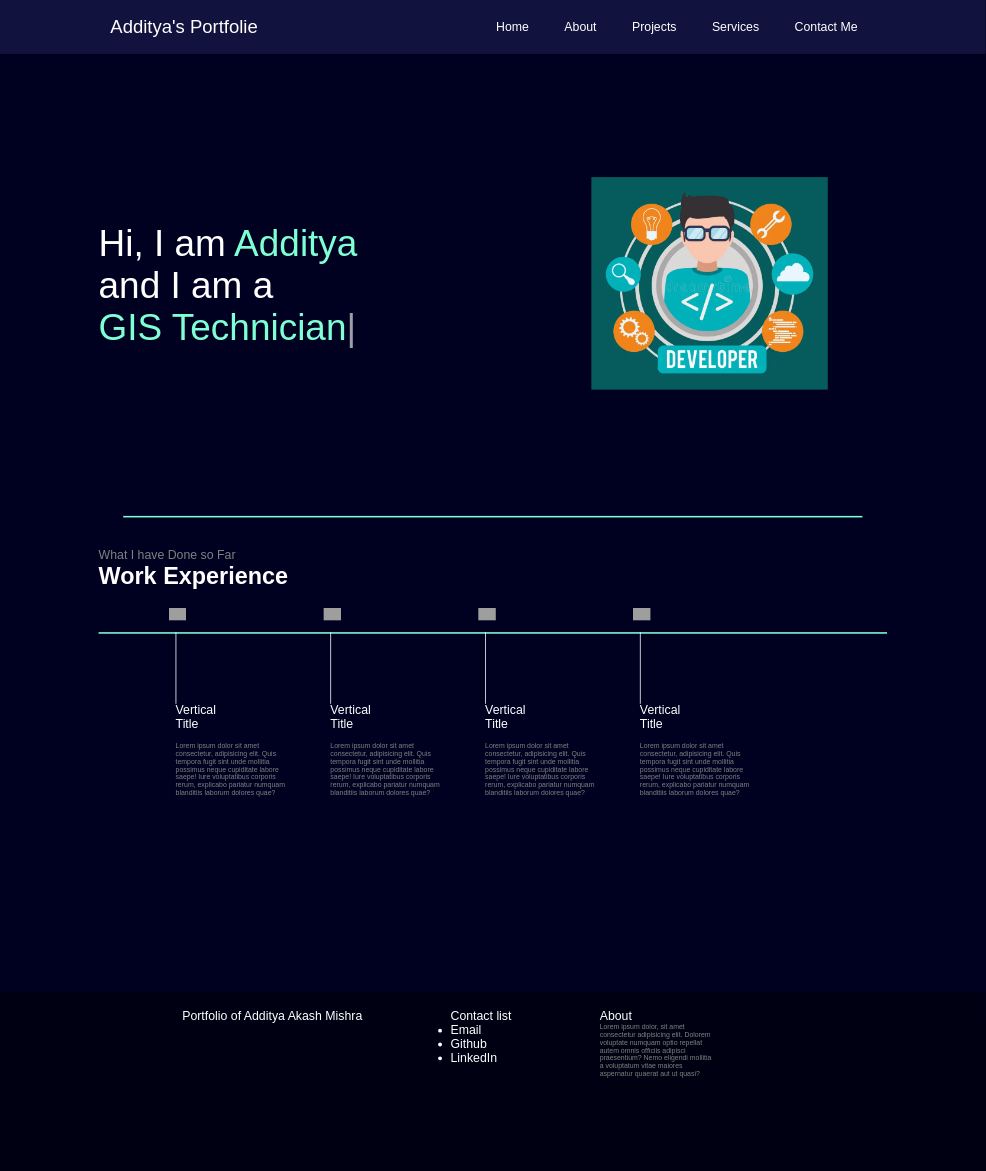
Repository: VictoriousMango/Portfolio
Page: index.html
The author's editor kept a copy of each file at every save. The page is drawn from the files as they stood at one save, then again after the next save.
The browser window is 1280 px wide. The pictures show the whole page, at 77% of full size.
Pictures or frames that could not be fetched are drawn as grey boxes.

Above is the page before, as saved 2023-08-27 12:26:48.

### index.html
<!DOCTYPE html>
<html lang="en">

<head>
    <meta charset="UTF-8">
    <meta name="viewport" content="width=device-width, initial-scale=1.0">
    <title>Additya - Developer Portfolio</title>
    <style>
        * {
            margin: 0;
            padding: 0;
        }

        body {
            background-color: rgb(0, 0, 33);
            color: white;
            font-family: 'Poppins', sans-serif;
        }

        nav {
            display: flex;
            justify-content: space-around;
            align-items: center;
            height: 70px;
            background-color: rgb(18, 18, 62);
        }

        nav ul {
            display: flex;
            justify-content: center;
        }

        nav ul li {
            list-style: none;
            margin: 0 23px;
        }

        nav ul li a {
            text-decoration: none;
            color: white;
        }

        nav ul li a:hover {
            color: rgb(153, 153, 226);
            font-size: 1.05rem;
        }

        main hr {
            border: 0;
            background: aquamarine;
            height: 1.2px;
            margin: 40px 160px;
        }

        text-gray {
            color: gray;
        }

        .left {
            font-size: 1.5rem;
        }

        .firstSection {
            display: flex;
            justify-content: space-around;
            align-items: center;
            margin: 110px 0;

        }

        .firstSection>div {
            width: 30%;
        }

        .secondSection {
            max-width: 80vw;
            margin: auto;
            height: 80vh;
        }

        .secondSection h1 {
            font-size: 1.9rem;
        }

        .secondSection .box {
            background: aquamarine;
            width: 80vw;
            height: 2px;
            margin: 56px 0;
            display: flex;
        }

        .secondSection .vertical {
            height: 93px;
            width: 1px;
            background-color: white;
            margin: 0 100px;
        }

        .vertical-title {
            position: relative;
            width: 23px;
            top: 71px;

        }

        .vertical-desc {
            position: relative;
            top: 86px;
            color: gray;
            width: 150px;
            font-size: 9px;
        }

        .image-top {
            width: 23px;
            position: relative;
            top: -32px;
            left: -9px;
        }

        .leftSection {
            font-size: 3rem;
        }

        /* .rightSection{
            background-color: red;
        } */
        .rightSection img {
            width: 80%;
            margin: 50px 0;
        }

        .purple {
            color: aquamarine;
        }

        .text-gray {
            color: grey;
        }
        footer{
            background-color: rgba(0, 0, 0, 0.432);
            height: 233px;
            opacity: 1;
        }
        .footer{
            display: flex;
            padding: 23px 122px;
            justify-content: space-evenly;
        }
        .footer > div {
            width: auto;
        }
        .about{
            position: relative;
            color: gray;
            width: 150px;
            font-size: 9px;
        }
        #element {
            color: aquamarine;
        }
    </style>
</head>

<body>
    <header>
        <nav>
            <div class="left">Additya's Portfolie</div>
            <div class="right">
                <ul>
                    <li><a href="/">Home</a></li>
                    <li><a href="/">About</a></li>
                    <li><a href="/">Projects</a></li>
                    <li><a href="/">Services</a></li>
                    <li><a href="/">Contact Me</a></li>
                </ul>
            </div>
        </nav>
    </header>

    <main>
        <section class="firstSection">
            <div class="leftSection">
                Hi, I am <span class="purple">Additya</span>
                <div>and I am a</div>
                <span id="element"></span>
            </div>
            <div class="rightSection"><img src="Web Dev.webp" alt=""></div>
        </section>
        <hr>
        <section class="secondSection">
            <span class="text-gray">What I have Done so Far</span>
            <h1>Work Experience</h1>
            <div class="box">
                <div class="vertical">
                    <img class="image-top" src="Image 1.jpg" alt="">
                    <div class="vertical-title">
                        Vertical Title
                    </div>
                    <div class="vertical-desc">
                        Lorem ipsum dolor sit amet consectetur, adipisicing elit. Quis tempora fugit sint unde mollitia
                        possimus neque cupiditate labore saepe! Iure voluptatibus corporis rerum, explicabo pariatur
                        numquam blanditiis laborum dolores quae?
                    </div>
                </div>
                <div class="vertical">
                    <img class="image-top" src="Image 1.jpg" alt="">
                    <div class="vertical-title">
                        Vertical Title
                    </div>
                    <div class="vertical-desc">
                        Lorem ipsum dolor sit amet consectetur, adipisicing elit. Quis tempora fugit sint unde
                        mollitia
                        possimus neque cupiditate labore saepe! Iure voluptatibus corporis rerum, explicabo pariatur
                        numquam blanditiis laborum dolores quae?
                    </div>
                </div>
                <div class="vertical">
                    <img class="image-top" src="Image 1.jpg" alt="">
                    <div class="vertical-title">
                        Vertical Title
                    </div>
                    <div class="vertical-desc">
                        Lorem ipsum dolor sit amet consectetur, adipisicing elit. Quis tempora fugit sint unde
                        mollitia
                        possimus neque cupiditate labore saepe! Iure voluptatibus corporis rerum, explicabo pariatur
                        numquam blanditiis laborum dolores quae?
                    </div>
                </div>
                <div class="vertical">
                    <img class="image-top" src="Image 1.jpg" alt="">
                    <div class="vertical-title">
                        Vertical Title
                    </div>
                    <div class="vertical-desc">
                        Lorem ipsum dolor sit amet consectetur, adipisicing elit. Quis tempora fugit sint unde
                        mollitia
                        possimus neque cupiditate labore saepe! Iure voluptatibus corporis rerum, explicabo pariatur
                        numquam blanditiis laborum dolores quae?
                    </div>
                </div>

            </div>


    </main>

    <footer>
        <div class="footer">

            <div class="footer-first">
                Portfolio of Additya Akash Mishra

            </div>
            <div class="footer-second">
                Contact list
                <ul>
                    <li>Email</li>
                    <li>Github</li>
                    <li>LinkedIn</li>
                </ul>
            </div>
            <div class="footer-third">
                About
                <div class="about">
                    Lorem ipsum dolor, sit amet consectetur adipisicing elit. Dolorem voluptate numquam optio repellat autem omnis officiis adipisci praesentium? Nemo eligendi mollitia a voluptatum vitae maiores aspernatur quaerat aut ut quasi?
                </div>
            </div>
            <div class="footer-fourth"></div>
        </div>
    </footer>

    <script src="https://unpkg.com/typed.js@2.0.16/dist/typed.umd.js"></script>
    <script>
        var typed = new Typed('#element', {
            strings: ['Web Developer', 'GIS Technician', 'Spatial Data Scientist'],
            typeSpeed: 50,
            loop: true,
            backSpeed: 25,
            backDelay: 2000
        });
    </script>
</body>

</html>

After the next save:
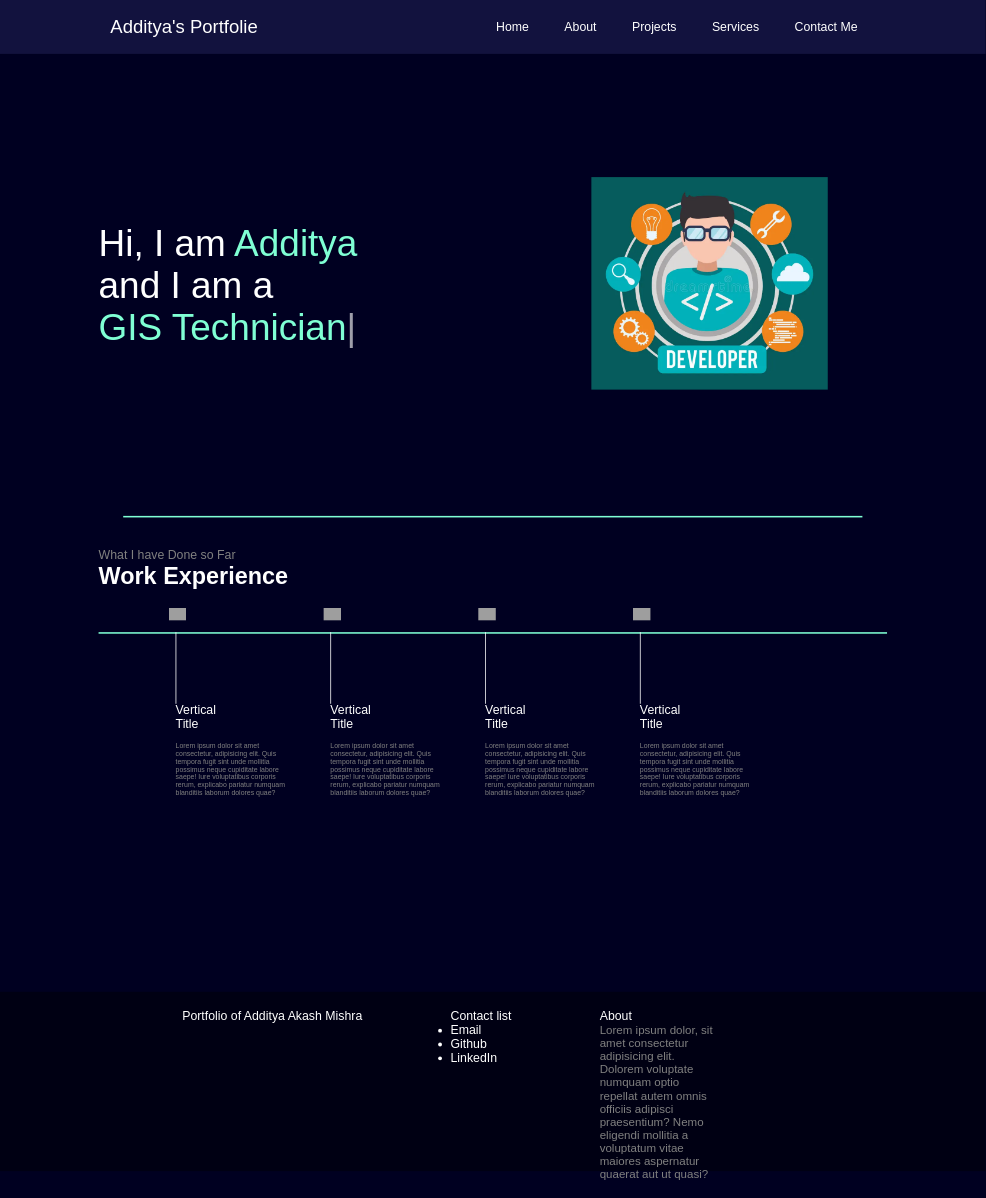
Saved 6 s later.
--- a/index.html
+++ b/index.html
@@ -155,7 +155,7 @@
             position: relative;
             color: gray;
             width: 150px;
-            font-size: 9px;
+            font-size: 15px;
         }
         #element {
             color: aquamarine;
